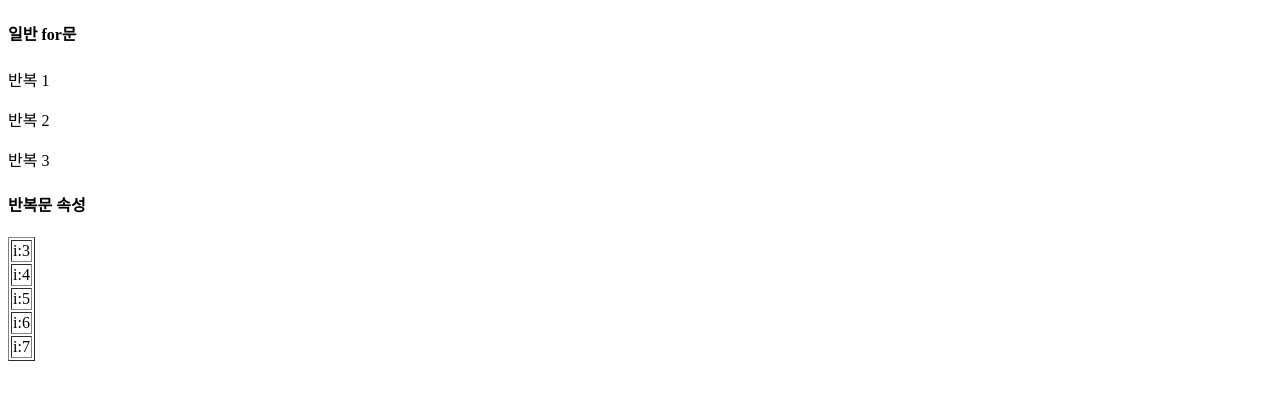
Repository: parkho96/testnum2
Page: http://localhost/jspstudy/11JSTL/ForEach.jsp
An editor plug-in stored every save of this project. The page is shown before and after the next save, followed by the edit.
The browser window is 1280 px wide. The pictures show the whole page.
The page is served by Tomcat 9.

Above is the page before, as saved 2023-04-10 03:47:06.

After the next save:
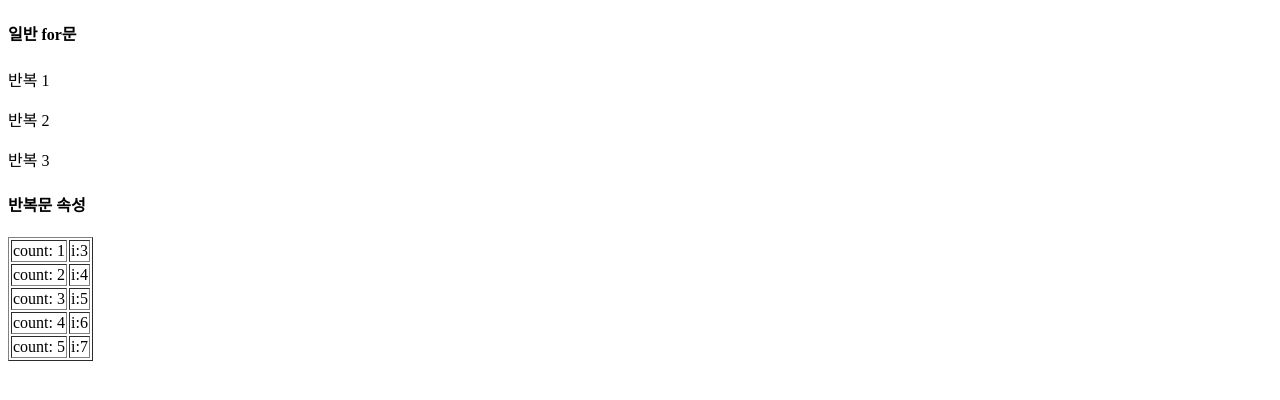
Saved 22 s later.
--- a/workjsp/jspstudy/src/main/webapp/11JSTL/ForEach.jsp
+++ b/workjsp/jspstudy/src/main/webapp/11JSTL/ForEach.jsp
@@ -20,6 +20,7 @@
 	<table border="1">
 	<c:forEach begin="3" end="7" var="i" varStatus="loop">
 		<tr>
+			<td>count: ${loop.count}</td>
 			<td>i:${i}</td>
 		</tr>
 	</c:forEach>
